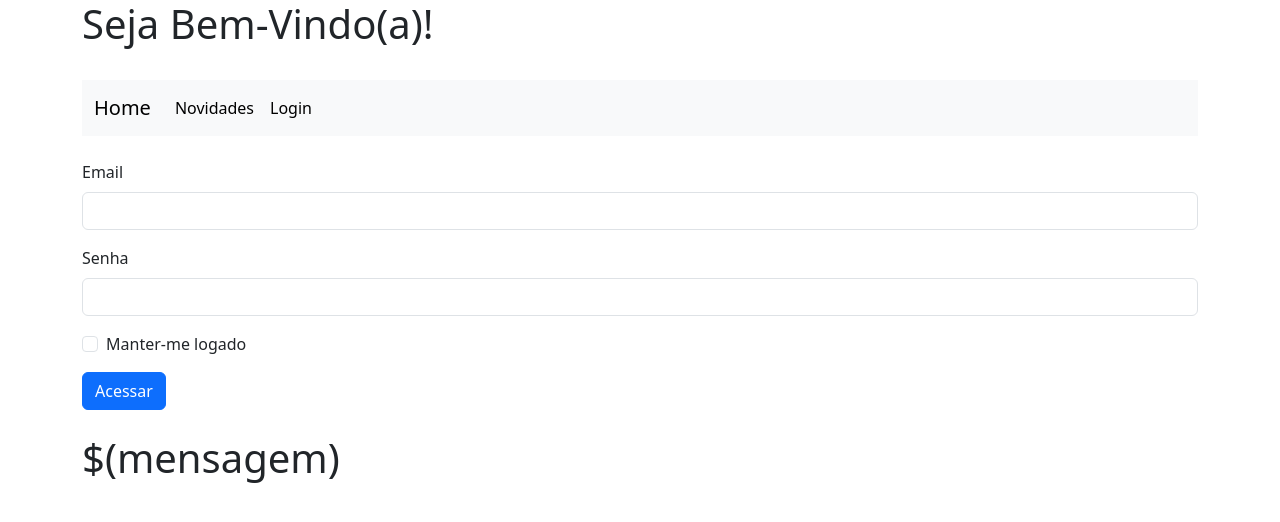
Repository: DianeMascarello/Uc09Senai
Page: http://localhost/SA3Uc09/ServletLogin
The author's editor kept a copy of each file at every save. The page is drawn from the files as they stood at one save, then again after the next save.
The browser window is 1280 px wide. The pictures show the whole page.
The page is served by Tomcat 10.

Above is the page before, as saved 2023-08-08 22:41:57.

After the next save:
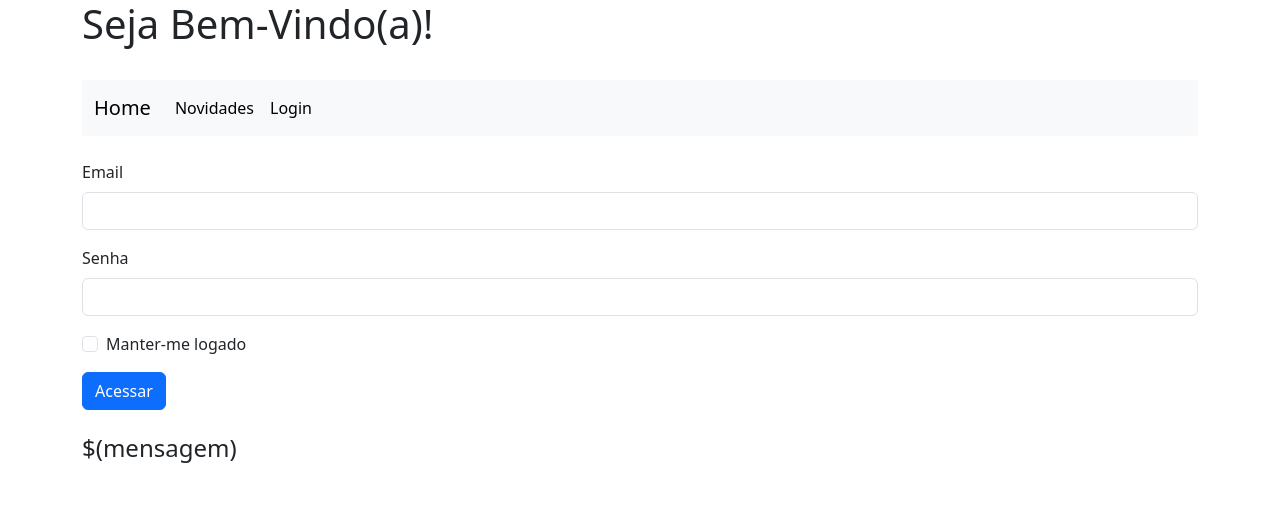
Saved 48 s later.
--- a/SA3Uc09/src/main/webapp/login.jsp
+++ b/SA3Uc09/src/main/webapp/login.jsp
@@ -63,6 +63,6 @@
 			integrity="sha384-HwwvtgBNo3bZJJLYd8oVXjrBZt8cqVSpeBNS5n7C8IVInixGAoxmnlMuBnhbgrkm"
 			crossorigin="anonymous"></script>
 
-			<h1> $(mensagem)</h1>
+			<h4> $(mensagem)</h4>
 </body>
 </html>
